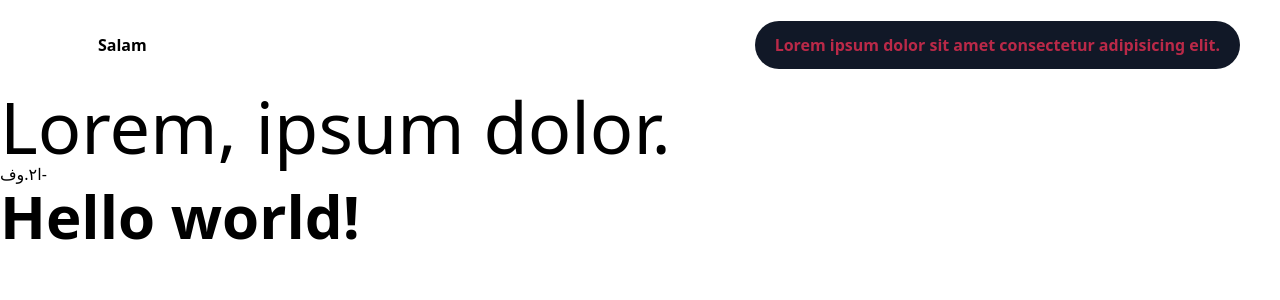
Repository: khaled-m1/Blog-Next.js
Page: /
The author's editor kept a copy of each file at every save. The page is drawn from the files as they stood at one save, then again after a run of saves.
The browser window is 1280 px wide. The pictures show the whole page.
The project was rebuilt for these pictures with package versions that can differ from the ones it lists, and the page was loaded fresh each time. The framework's server and built-in components were replaced by stand-ins that run in the browser. Also part of the build but not shown: next.config.js.

Above is the page before, as saved 2023-01-15 23:44:02.

After the next 5 saves:
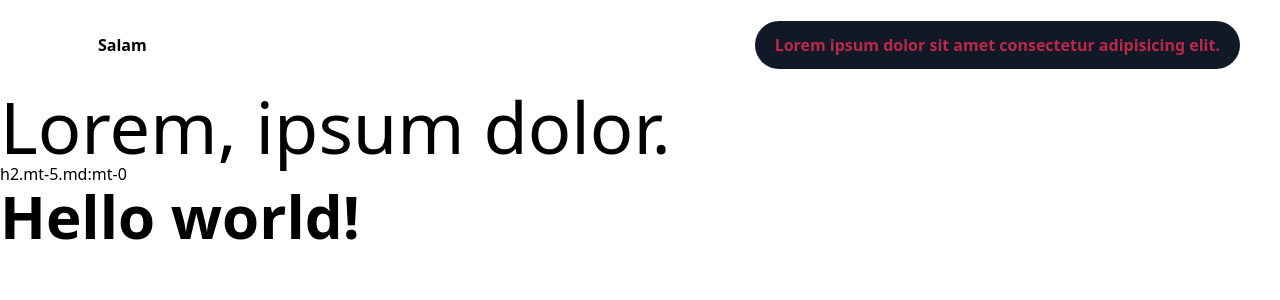
The 5 saves are shown as one change because they came seconds apart.
The last was saved 16 s later.
--- a/components/Bannar.tsx
+++ b/components/Bannar.tsx
@@ -5,7 +5,7 @@ export const Bannar = () => {
     <div>
       <div>
         <h1 className="text-7xl">Lorem, ipsum dolor.</h1>
-        ا٢.وف-
+      h2.mt-5.md:mt-0
       </div>
     </div>
   );
